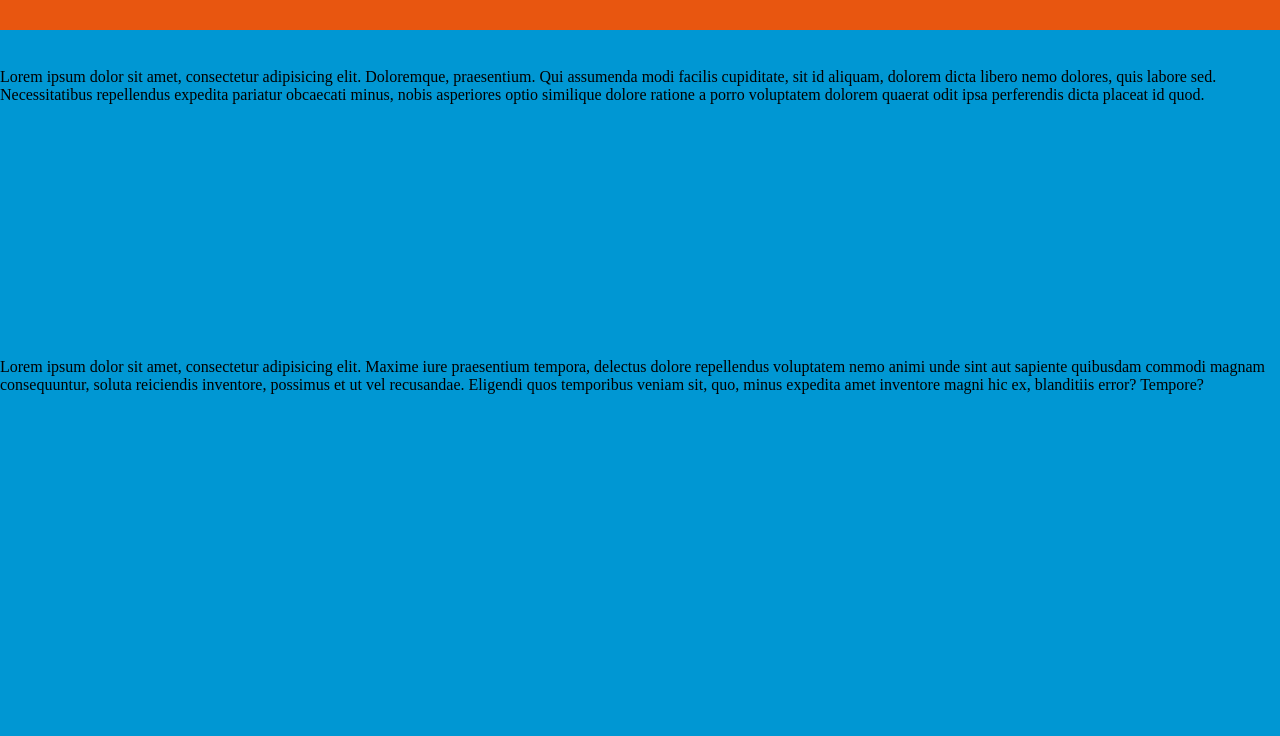
Repository: jdtiding/Responsive_Design
Page: index.html
The author's editor kept a record of every edit. The page is drawn from the files as they stood at one moment, then again after the next edit.
The browser window is 1280 px wide. The pictures show the whole page.

Above is the page before.

After the next edit:
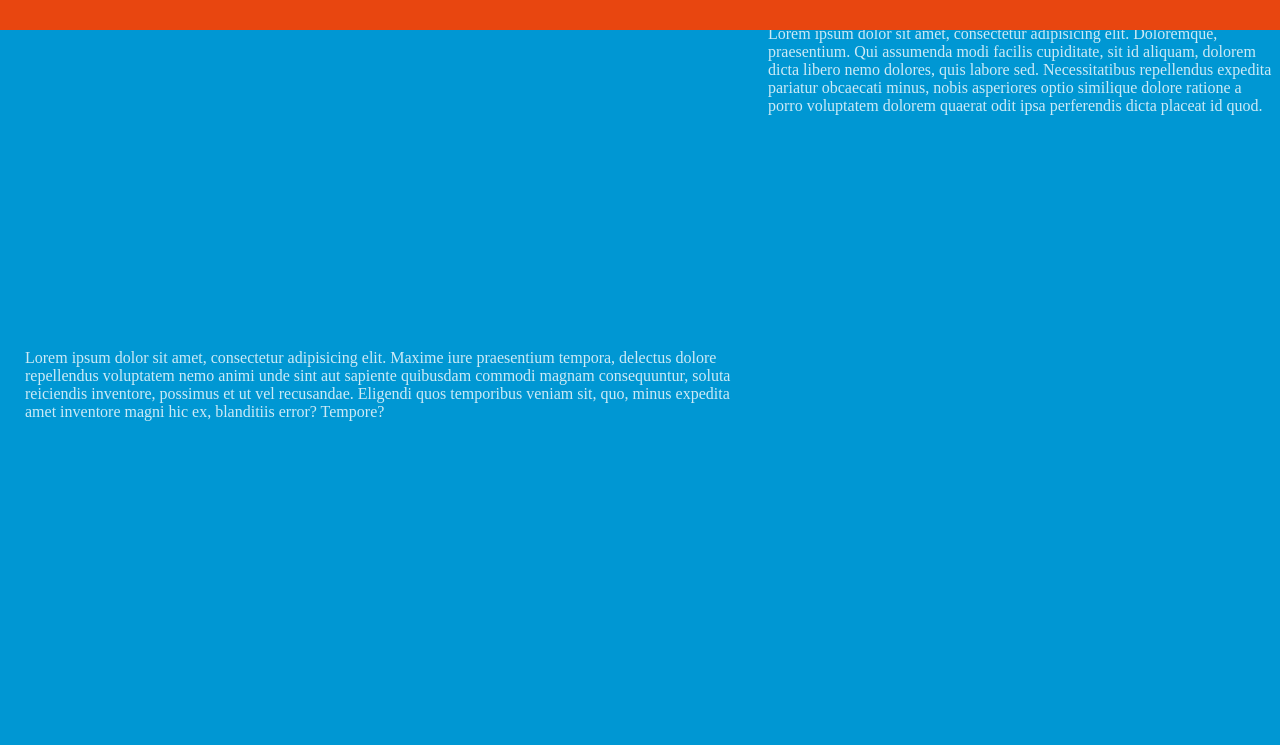
The edit:
--- a/index.css
+++ b/index.css
@@ -1,14 +1,16 @@
+
 body, html {
     height: 100%;
     margin: 0;
+    color: rgba(255, 255,255, .8);
 }
 
 .header {
     position: fixed;
-    top: 0px;
-    left: 0px;
-    right: 0px;
-    background-color: #e85610;
+    top: 0;
+    left: 0;
+    right: 0;
+    background-color: #e84610;
     padding: 15px 25px;
 }
 
@@ -21,8 +23,32 @@
     height: 100%;
 }
 
-.article, .aside{
+.article, .aside {
     position: relative;
     top: 50%;
     transform: translateY(-50%);
 }
+
+.section-paragraph {
+    font-size: 1em;
+    margin: 25px;
+}
+
+.footer {
+    background-color: #4a4a4f;
+    padding: 15px;
+}
+
+@media (min-width: 768px) {
+    .column {
+        float: left;
+    }
+
+    .column-60 {
+        width: 60%;
+    }
+
+    .column-40 {
+        width: 40%;
+    }
+}
